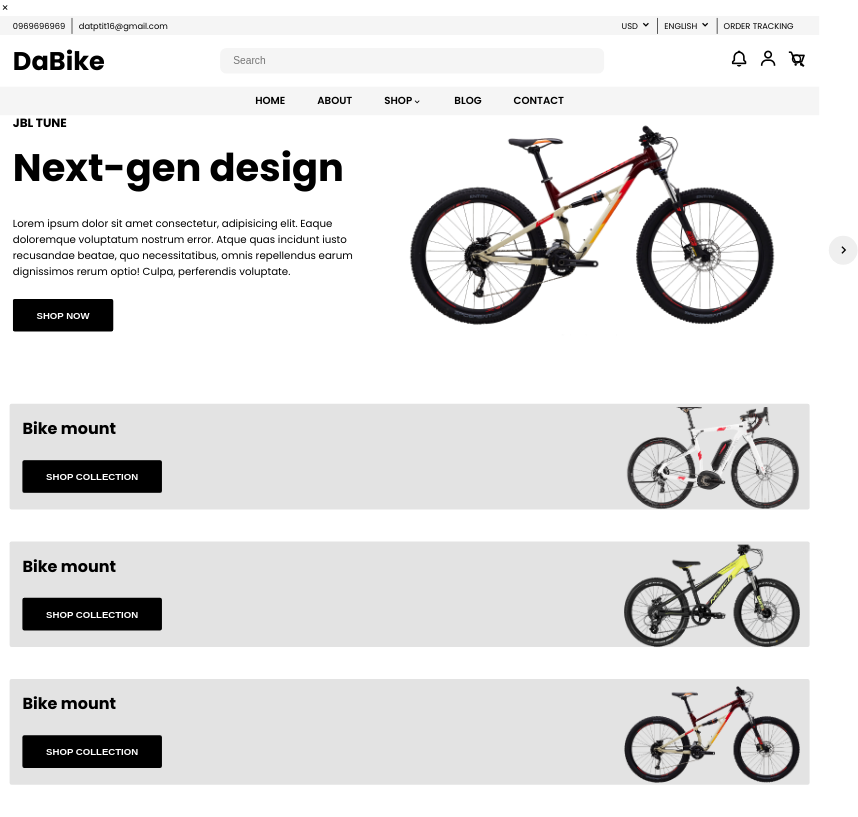
Repository: Datt21/DacMaxx
Page: index.html
These files come from the project's save history. The page is drawn as it stood at one moment and after the next save; the edit follows.
The browser window is 1280 px wide. The page is 1340 px wide, so the pictures cover 1340 px, including what lies to the right of the window. The pictures show the whole page, at 64% of full size.

Above is the page before, as saved 2021-07-07 13:44:56.

### index.html
<!DOCTYPE html>
<html lang="en">
<head>
    <meta charset="UTF-8">
    <meta http-equiv="X-UA-Compatible" content="IE=edge">
    <meta name="viewport" content="width=device-width, initial-scale=1.0">
    <title>DaBike</title>
    <!--======== FONTS =========-->
    <link rel="preconnect" href="https://fonts.gstatic.com">
    <link rel="stylesheet" href="https://fonts.googleapis.com/css2?family=Poppins:ital,wght@0,100;0,200;0,300;0,400;0,500;0,600;0,700;0,800;0,900;1,100;1,200;1,300;1,400;1,500;1,600;1,700;1,900&display=swap">

    <!--========= ICONS =========-->
    <link rel="stylesheet" href="./boxicons-2.0.7/css/boxicons.min.css">
    <link href='https://unpkg.com/boxicons@2.0.7/css/boxicons.min.css' rel='stylesheet'>

    <!--========= LINK CSS =========-->
    <link rel="stylesheet" href="./css/grid.css">
    <link rel="stylesheet" href="./css/app.css">
</head>
<body>

    <!--========= HEADER ===========-->
    <header>
        <!-- mobile menu -->
        <div class="mobile-menu bg-second">
            <a href="#" class="mb-logo">DaBike</a>

            <span class="mb-menu-toggle mb-menu-close" id="mb-menu-close">
                <i class='bx bx-menu'></i>
            </span>
        </div>
        <!-- end mobile menu -->
        <!-- main header -->
        <div class="header-wrapper" id="header-wrapper">
            <span class="mb-menu-toggle" id="mb-menu-toggle">
                <i class='bx bx-x'></i>
            </span>
            <!-- top header -->
            <div class="bg-second">
                <div class="top-header container">
                    <ul class="devided">
                        <li>
                            <a href="#">0969696969</a>
                        </li>
                        <li>
                            <a href="#">datptit16@gmail.com</a>
                        </li>
                    </ul>
                    <ul class="devided">
                        <li class="dropdown">
                            <a href="">USD</a>
                            <i class='bx bxs-chevron-down' ></i>
                            <ul class="dropdown-content">
                                <li><a href="">VND</a></li>
                                <li><a href="">JPY</a></li>
                                <li><a href="">EUR</a></li>
                            </ul>
                        </li>
                        <li class="dropdown">
                            <a href="">ENGLISH</a>
                            <i class='bx bxs-chevron-down' ></i>
                            <ul class="dropdown-content">
                                <li><a href="">VIETNAMESE</a></li>
                                <li><a href="">JAPANESE</a></li>
                                <li><a href="">FRENCH</a></li>
                                <li><a href="">SPANISH</a></li>
                            </ul>
                        </li>
                        <li><a href="#">ORDER TRACKING</a></li>
                    </ul>
                </div>
            </div>
            <!-- end top header -->
            <!-- mid header -->
            <div class="bg-main">
                <div class="mid-header container">
                    <a href="#" class="logo">DaBike</a>
                    <div class="search">
                        <input type="text" placeholder="Search">
                        <i class='bx bx-search-alt-2' ></i>
                    </div>
                    <ul class="user-menu">
                        <li><a href=""><i class='bx bx-bell' ></i> </a></li>
                        <li><a href=""><i class='bx bx-user' ></i> </a></li>
                        <li><a href=""><i class='bx bx-cart' ></i> </a></li>
                    </ul>
                </div>
            </div>
            <!-- end mid header -->
            <!-- bottom header -->
            <div class="bg-second">
                <div class="bottom-header container">
                    <ul class="main-menu">
                        <li><a href="">Home</a></li>
                        <li><a href="">About</a></li>
                        <!-- mega menu -->
                        <li class="mega-dropdown">
                            <a href="./products.html">Shop <i class='bx bx-chevron-down'></i></a>
                            <div class="mega-content">
                                <div class="row">
                                    <div class="col-3">
                                        <div class="box">
                                            <h3>categories</h3>
                                            <ul>
                                                <li><a href="">Doanhnhan</a></li>
                                                <li><a href="">Diahinh</a></li>
                                                <li><a href="">Thethao</a></li>
                                                <li><a href="">Sinhvien</a></li>
                                            </ul>
                                        </div>
                                    </div>
                                    <div class="col-3">
                                        <div class="box">
                                            <h3>categories</h3>
                                            <ul>
                                                <li><a href="">Doanhnhan</a></li>
                                                <li><a href="">Diahinh</a></li>
                                                <li><a href="">Thethao</a></li>
                                                <li><a href="">Sinhvien</a></li>
                                            </ul>
                                        </div>
                                    </div>
                                    <div class="col-3">
                                        <div class="box">
                                            <h3>categories</h3>
                                            <ul>
                                                <li><a href="">Doanhnhan</a></li>
                                                <li><a href="">Diahinh</a></li>
                                                <li><a href="">Thethao</a></li>
                                                <li><a href="">Sinhvien</a></li>
                                            </ul>
                                        </div>
                                    </div>
                                    <div class="col-3">
                                        <div class="box">
                                            <h3>categories</h3>
                                            <ul>
                                                <li><a href="">Doanhnhan</a></li>
                                                <li><a href="">Diahinh</a></li>
                                                <li><a href="">Thethao</a></li>
                                                <li><a href="">Sinhvien</a></li>
                                            </ul>
                                        </div>
                                    </div>
                                </div>
                                <div class="row img-row">
                                    <div class="col-3">
                                        <div class="box">
                                            <img src="./images/531352.png" alt="">
                                        </div>
                                    </div>
                                    <div class="col-3">
                                        <div class="box">
                                            <img src="./images/6489548.png" alt="">
                                        </div>
                                    </div>
                                    <div class="col-3">
                                        <div class="box">
                                            <img src="./images/MTBROMO_N7_2022.png" alt="">
                                        </div>
                                    </div>
                                    <div class="col-3">
                                        <div class="box">
                                            <img src="./images/b1.png" alt="">
                                        </div>
                                    </div>
                                </div>
                            </div>
                        </li>
                        <!-- end mega menu -->
                        <li><a href="">Blog</a></li>
                        <li><a href="">Contact</a></li>
                    </ul>
                </div>
            </div>
            <!-- end bottom header -->
        </div>
        <!-- end main header -->
    </header>
    <!--========= END HEADER ===========-->
    <!--========= MAIN ================-->
    <!-- hero section -->
    <div class="hero">
        <div class="slider">
            <div class="container">
                <!-- slide item -->
                <div class="slide active">
                    <div class="info">
                        <div class="info-content">
                            <h3 class="top-down">
                                JBL TUNE
                            </h3>

                            <h2 class="top-down trans-delay-0-2">
                                Next-gen design
                            </h2>

                            <p class="top-down trans-delay-0-4">
                                Lorem ipsum dolor sit amet consectetur, adipisicing elit. Eaque doloremque voluptatum nostrum error. Atque quas incidunt iusto recusandae beatae, quo necessitatibus, omnis repellendus earum dignissimos rerum optio! Culpa, perferendis voluptate.
                            </p>

                            <div class="top-down trans-delay-0-6">
                                <button class="btn-flat btn-hover">
                                    <span>shop now</span>
                                </button>
                            </div>
                        </div>
                    </div>
                    <div class="img top-down">
                        <img src="./images/531352.png" alt="">
                    </div>
                </div>
                <!-- end slide item -->
                <!-- slide item -->
                <div class="slide">
                    <div class="info">
                        <div class="info-content">
                            <h3 class="top-down">
                                JBL Quantum One
                            </h3>

                            <h2 class="top-down trans-delay-0-2">
                                Ipsum dolor sit
                            </h2>

                            <p class="top-down trans-delay-0-4">
                                Lorem ipsum dolor sit amet consectetur, adipisicing elit. Eaque doloremque voluptatum nostrum error. Atque quas incidunt iusto recusandae beatae, quo necessitatibus, omnis repellendus earum dignissimos rerum optio! Culpa, perferendis voluptate.
                            </p>

                            <div class="top-down trans-delay-0-6">
                                <button class="btn-flat btn-hover">
                                    <span>shop now</span>
                                </button>
                            </div>
                        </div>
                    </div>
                    <div class="img right-left">
                        <img src="./images/6489548.png" alt="">
                    </div>
                </div>
                <!-- end slide item -->
                <!-- slide item -->
                <div class="slide">
                    <div class="info">
                        <div class="info-content">
                            <h3 class="top-down">
                                JBL JR 310BT
                            </h3>

                            <h2 class="top-down trans-delay-0-2">
                                Amet Consec
                            </h2>

                            <p class="top-down trans-delay-0-4">
                                Lorem ipsum dolor sit amet consectetur, adipisicing elit. Eaque doloremque voluptatum nostrum error. Atque quas incidunt iusto recusandae beatae, quo necessitatibus, omnis repellendus earum dignissimos rerum optio! Culpa, perferendis voluptate.
                            </p>

                            <div class="top-down trans-delay-0-6">
                                <button class="btn-flat btn-hover">
                                    <span>shop now</span>
                                </button>
                            </div>
                        </div>
                    </div>
                    <div class="img left-right">
                        <img src="./images/b1.png" alt="">
                    </div>
                </div>
                <!-- end slide item -->
            </div>
            <!-- slider controller -->
            <button class="slide-controll slide-next">
                <i class='bx bx-chevron-right'></i>
            </button>
            <button class="slide-controll slide-prev">
                <i class='bx bx-chevron-left'></i>
            </button>
            <!-- end slider controller -->
        </div>
    </div>
    <!-- end hero section -->
    <!-- promotion section -->
    <div class="promotion">
        <div class="row">
           <div class="col-4 col-md-12 col-sm-12">
               <div class="promotiom-box">

                  <div class="text">
                      <h3>Bike mount</h3>
                      <button class="btn-flat btn-hover"><span>shop collection</span></button>
                  </div>

                  <img src="./images/b1.png" alt="">

               </div>
           </div>
           <div class="col-4 col-md-12 col-sm-12">
               <div class="promotiom-box">

                  <div class="text">
                      <h3>Bike mount</h3>
                      <button class="btn-flat btn-hover"><span>shop collection</span></button>
                  </div>

                  <img src="./images/b2.png" alt="">

               </div>
           </div>
           <div class="col-4 col-md-12 col-sm-12">
               <div class="promotiom-box">

                  <div class="text">
                      <h3>Bike mount</h3>
                      <button class="btn-flat btn-hover"><span>shop collection</span></button>
                  </div>

                  <img src="./images/531352.png" alt="">

               </div>
           </div>
        </div>
    </div>
    <!-- end promotion section -->
    <!--========= END MAIN ================-->

     <!--========= JS ==============-->
    <script src="./js/app.js"></script>
    <script src="./js/index.js"></script>
</body>
</html>

### css/grid.css
.row {
    display: flex;
    flex-wrap: wrap;
    margin: 0 -15px;
}

.row-revere{
    flex-direction: row-reverse;
}

[class*="col-"]{
    padding: 0 15px;
    margin-bottom: 20px;
}

.col-1 {
    width: 8.33%;
}
.col-2 {
    width: 16.66%;
}
.col-3 {
    width: 25%;
}
.col-4 {
    width: 33.33%;
}
.col-5 {
    width: 41.66%;
}
.col-6 {
    width: 50%;
}
.col-7 {
    width: 58.33%;
}
.col-8 {
    width: 66.66%;
}
.col-9 {
    width: 75%;
}
.col-10 {
    width: 83.33%;
}
.col-11 {
    width: 91.66%;
}
.col-12 {
    width: 100%;
}

/* medium screen */
@media only screen and (max-width: 1280px) {
    .col-md-1 {
        width: 8.33%;
    }
    .col-md-2 {
        width: 16.66%;
    }
    .col-md-3 {
        width: 25%;
    }
    .col-md-4 {
        width: 33.33%;
    }
    .col-md-5 {
        width: 41.66%;
    }
    .col-md-6 {
        width: 50%;
    }
    .col-md-7 {
        width: 58.33%;
    }
    .col-md-8 {
        width: 66.66%;
    }
    .col-md-9 {
        width: 75%;
    }
    .col-md-10 {
        width: 83.33%;
    }
    .col-md-11 {
        width: 91.66%;
    }
    .col-md-12 {
        width: 100%;
    }
}

@media only screen and (max-width: 750px) {
    .col-sm-1 {
        width: 8.33%;
    }
    .col-sm-2 {
        width: 16.66%;
    }
    .col-sm-3 {
        width: 25%;
    }
    .col-sm-4 {
        width: 33.33%;
    }
    .col-sm-5 {
        width: 41.66%;
    }
    .col-sm-6 {
        width: 50%;
    }
    .col-sm-7 {
        width: 58.33%;
    }
    .col-sm-8 {
        width: 66.66%;
    }
    .col-sm-9 {
        width: 75%;
    }
    .col-sm-10 {
        width: 83.33%;
    }
    .col-sm-11 {
        width: 91.66%;
    }
    .col-sm-12 {
        width: 100%;
}

Loaded but not shown: boxicons-2.0.7/css/boxicons.min.css (library); js/index.js (45 lines, source omitted); css/app.css (475 lines, source omitted); js/app.js (no copy from this time; the picture is the same without it)

After the next save:
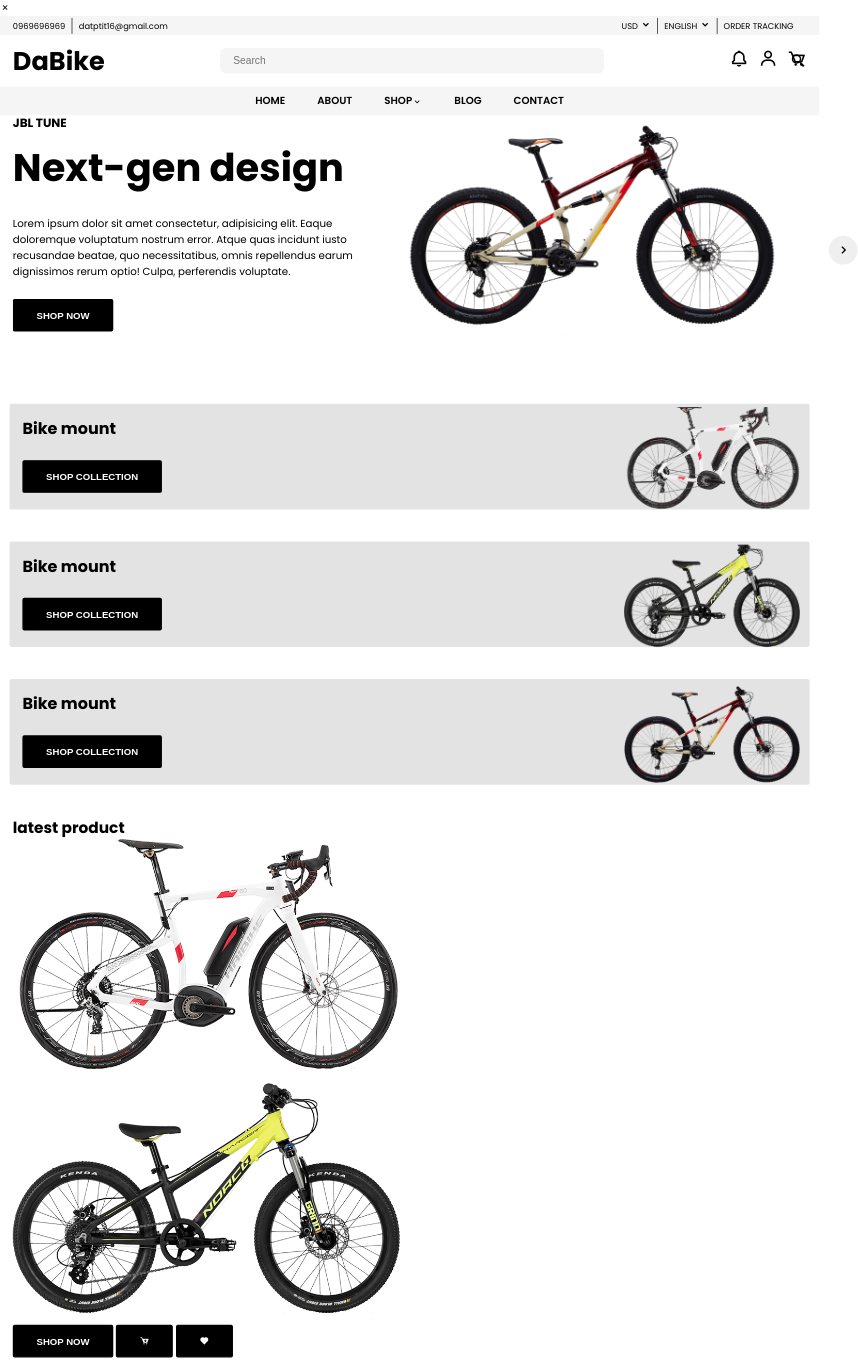
Saved 31 min 10 s later.
--- a/index.html
+++ b/index.html
@@ -279,6 +279,7 @@
         </div>
     </div>
     <!-- end hero section -->
+
     <!-- promotion section -->
     <div class="promotion">
         <div class="row">
@@ -321,6 +322,40 @@
         </div>
     </div>
     <!-- end promotion section -->
+    <!-- product list -->
+    <div class="section">
+        <div class="container">
+            <div class="section-header">
+                <h2>latest product</h2>
+            </div>
+            <div class="row" id="latest-product">
+                <div class="col-3 col-md-6 col-sm-12">
+                    <div class="product-card">
+
+                        <div class="product-card-img">
+                            <img src="./images/b1.png" alt="">
+                            <img src="./images/b2.png" alt="">
+                        </div>
+
+                        <div class="product-card-info">
+                            <div class="product-btn">
+                                <button class="btn-flat btn-hover btn-cart-add">shop now</button>
+                                <button class="btn-flat btn-hover btn-cart-add">
+                                    <i class='bx bxs-cart-add'></i>
+                                </button>
+                                <button class="btn-flat btn-hover btn-cart-add">
+                                    <i class='bx bxs-heart'></i>
+                                </button>
+                            </div>
+                        </div>
+                    </div>
+                </div>
+            </div>
+        </div>
+    </div>
+    <!-- end product list -->
+
+
     <!--========= END MAIN ================-->
 
      <!--========= JS ==============-->
